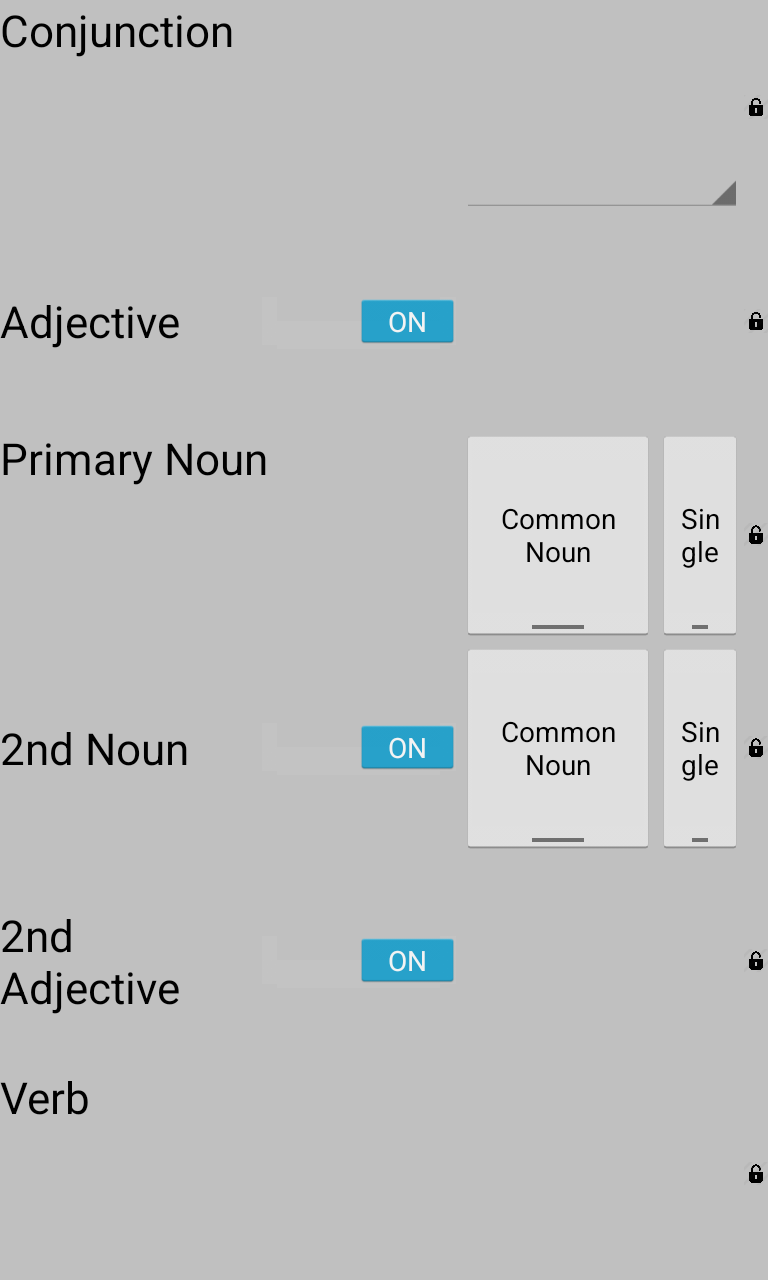
Repository: TheDizzler/TableTopTools
Layout: RPGTools/res/layout/fragment_cause_controls.xml
The author's editor kept a copy of each file at every save. The layout is drawn from the files as they stood at one save, then again after the next save.
It is drawn on a 768 x 1280 px phone screen (xhdpi) without system bars, with theme AppTheme; the app's code is not run.

Above is the layout before, as saved 2017-03-22 09:43:20.

After the next save:
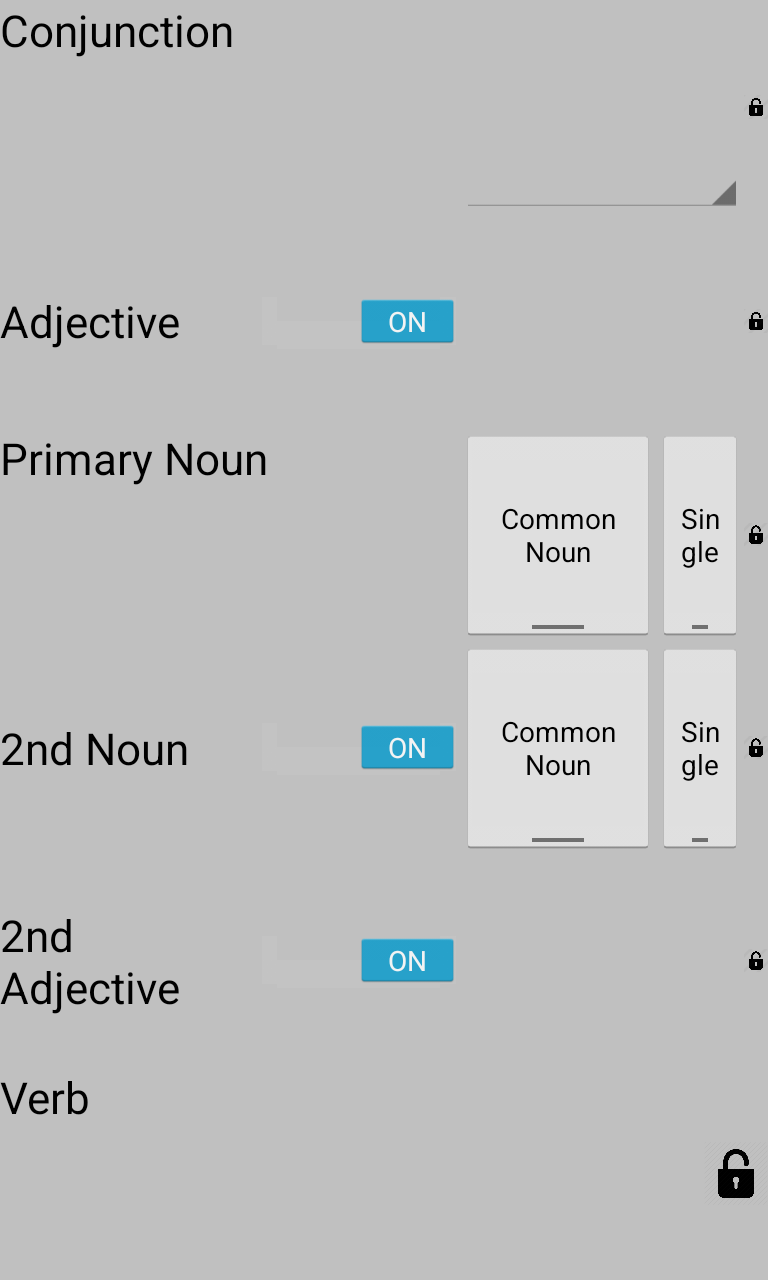
Saved 30 s later.
--- a/RPGTools/res/layout/fragment_cause_controls.xml
+++ b/RPGTools/res/layout/fragment_cause_controls.xml
@@ -64,17 +64,10 @@
             android:id="@+id/spacer1"
             android:layout_width="wrap_content"
             android:layout_height="match_parent"
-            android:layout_span="1"
+            android:layout_span="2"
             android:layout_weight="1"
             android:visibility="invisible" />
 
-        <Spinner
-            android:id="@+id/spacer2"
-            android:layout_width="wrap_content"
-            android:layout_height="match_parent"
-            android:layout_span="1"
-            android:layout_weight="1"
-            android:visibility="invisible" />
 
         <ImageView
             android:id="@+id/lockBtn_primaryAdj"
@@ -190,18 +183,10 @@
             android:textAppearance="?android:attr/textAppearanceLarge" />
 
         <Spinner
-            android:id="@+id/spacer3"
-            android:layout_width="wrap_content"
-            android:layout_height="match_parent"
-            android:layout_span="1"
-            android:layout_weight="1"
-            android:visibility="invisible" />
-
-        <Spinner
-            android:id="@+id/spacer4"
-            android:layout_width="wrap_content"
-            android:layout_height="match_parent"
-            android:layout_span="1"
+            android:id="@+id/spacer2"
+            android:layout_width="wrap_content"
+            android:layout_height="match_parent"
+            android:layout_span="2"
             android:layout_weight="1"
             android:visibility="invisible" />
 
@@ -231,20 +216,13 @@
             android:textAppearance="?android:attr/textAppearanceLarge" />
 
         <Spinner
-            android:id="@+id/spacer5"
-            android:layout_width="wrap_content"
-            android:layout_height="match_parent"
-            android:layout_span="1"
+            android:id="@+id/spacer3"
+            android:layout_width="wrap_content"
+            android:layout_height="match_parent"
+            android:layout_span="3"
             android:layout_weight="1"
             android:visibility="invisible" />
 
-        <Spinner
-            android:id="@+id/spacer6"
-            android:layout_width="wrap_content"
-            android:layout_height="match_parent"
-            android:layout_span="1"
-            android:layout_weight="1"
-            android:visibility="invisible" />
 
         <ImageView
             android:id="@+id/lockBtn_causeVerb"
